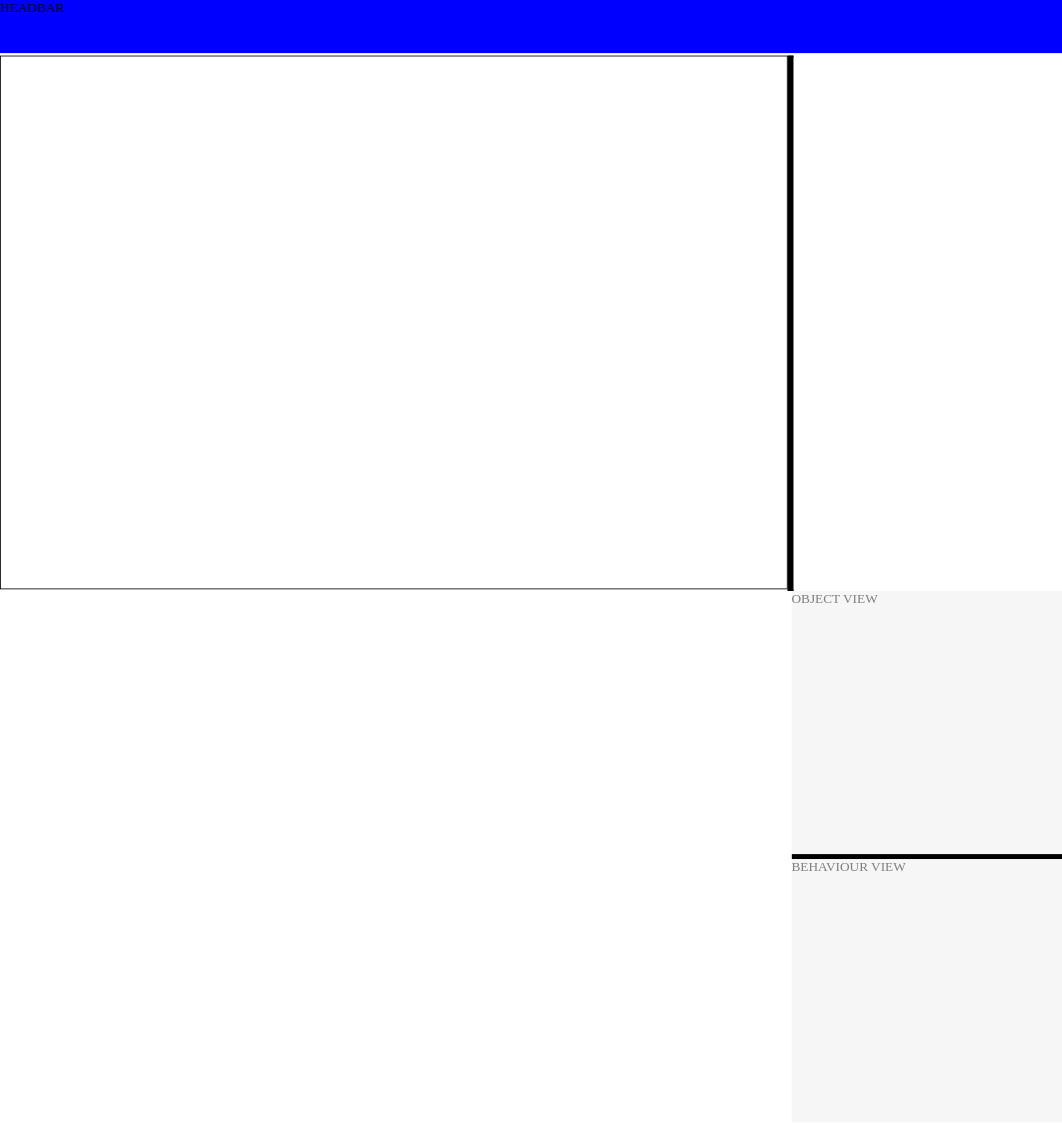
Repository: n-donnelly/onlinegameproto
Page: GameProto/WebContent/Content/main.html
The author's editor kept a record of every edit. The page is drawn from the files as they stood at one moment, then again after the next edit.
The browser window is 1280 px wide. The pictures show the whole page, at 83% of full size.
Some web libraries are served in a nearby version.

Above is the page before.

After the next edit:
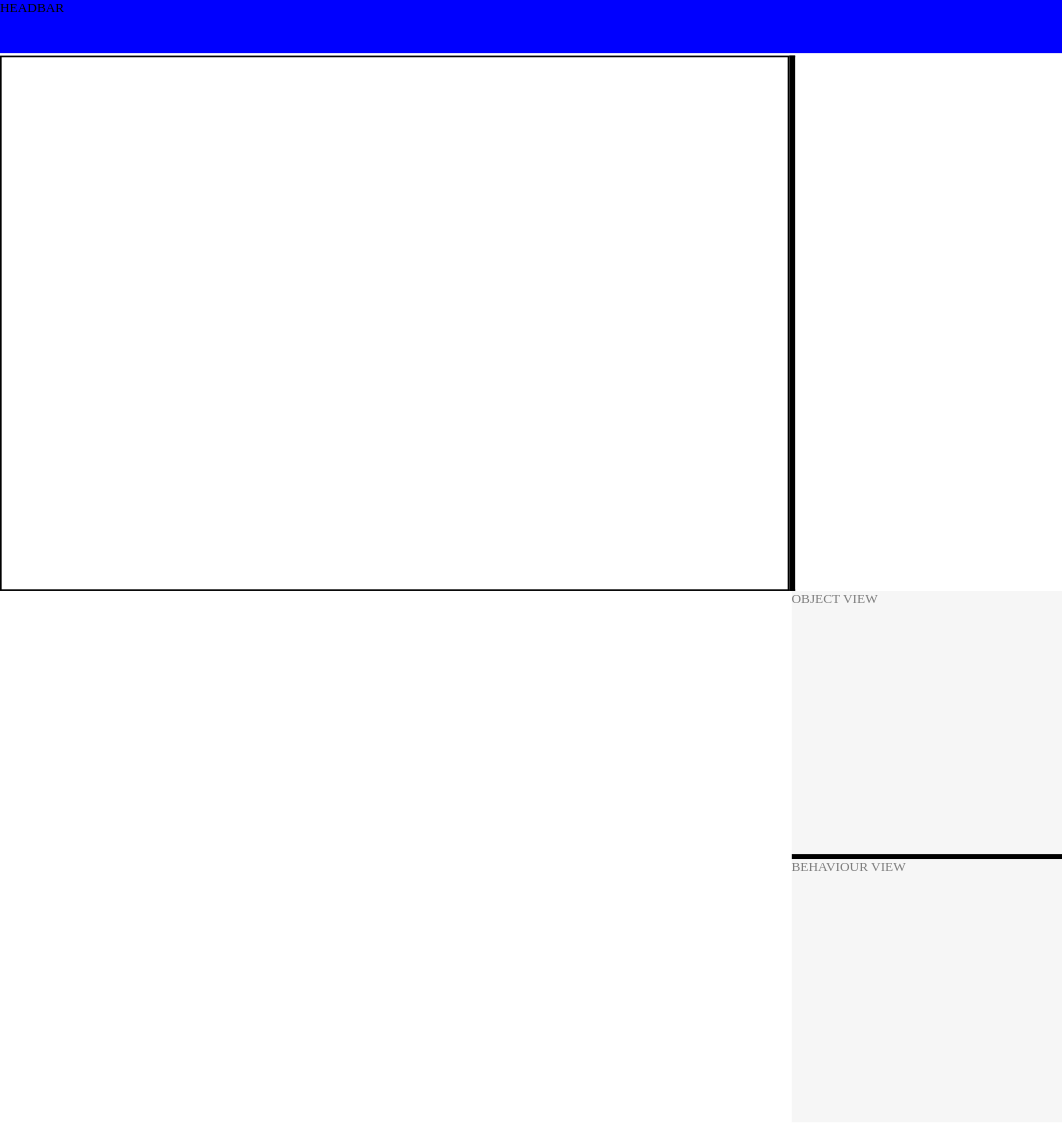
The edit:
--- a/GameProto/WebContent/CSS/main.css
+++ b/GameProto/WebContent/CSS/main.css
@@ -9,7 +9,7 @@
     width: 74%;
     height: 100%;
     position: relative;
-    border: 0.5px solid black;
+    border: 2px solid black;
 }
 
 #rightBar {
